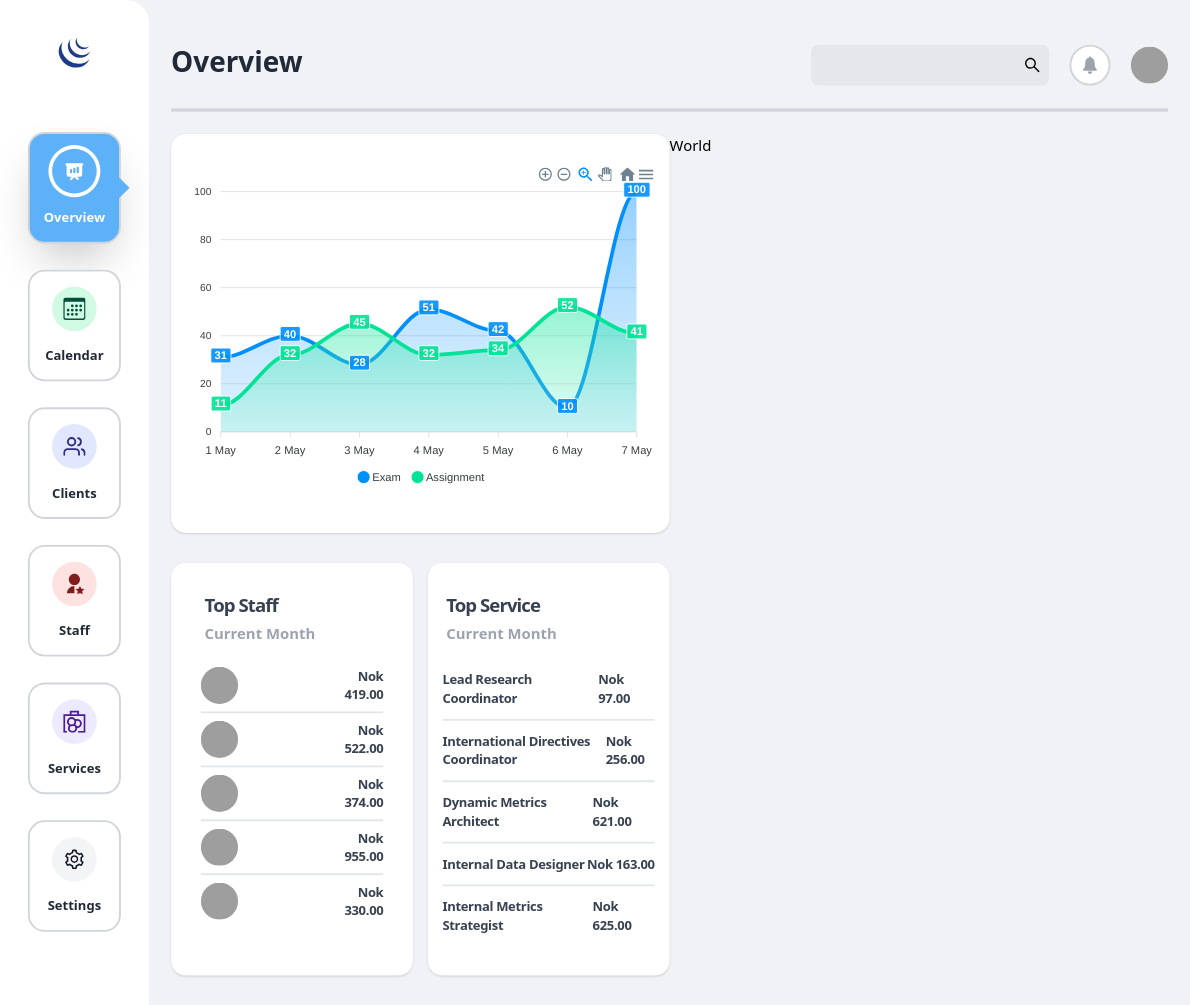
Repository: coolronts/dashboard
Page: /
An editor plug-in stored every save of this project. The page is shown before and after the next save, followed by the edit.
The browser window is 1280 px wide. The pictures show the whole page, at 93% of full size.
Pictures or frames that could not be fetched are drawn as grey boxes. The project was rebuilt for these pictures with package versions that can differ from the ones it lists, and the page was loaded fresh each time. Also part of the build but not shown: craco.config.js.

Above is the page before, as saved 2021-11-28 03:29:39.

After the next save:
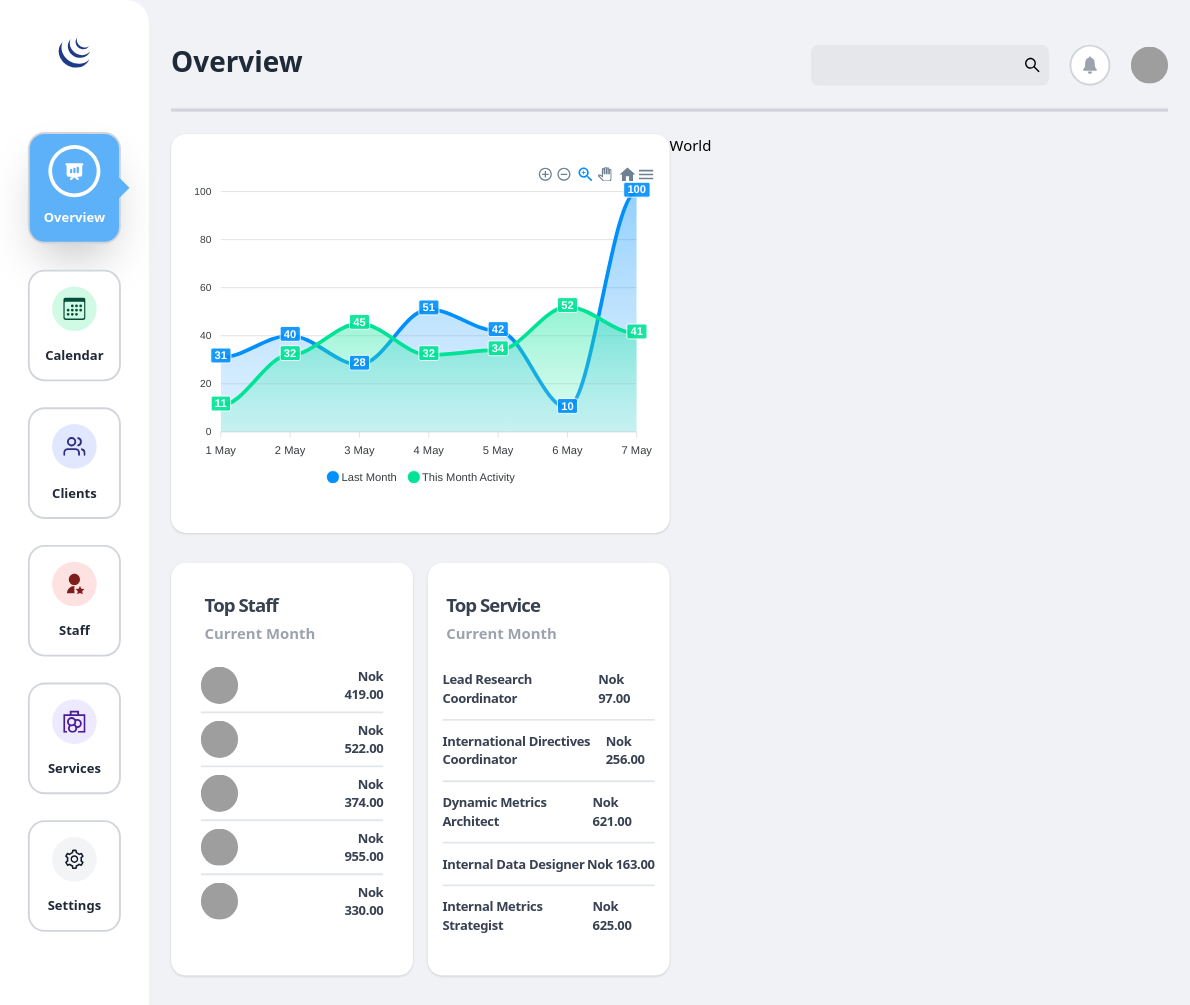
Saved 36 s later.
--- a/src/Components/Charts/MultiLine/index.tsx
+++ b/src/Components/Charts/MultiLine/index.tsx
@@ -2,10 +2,10 @@
 
 const series = [
   {
-    name: 'Exam',
+    name: 'Last Month',
     data: [31, 40, 28, 51, 42, 10, 100]
   }, {
-    name: 'Assignment',
+    name: 'This Month Activity',
     data: [11, 32, 45, 32, 34, 52, 41]
   }
 ]
